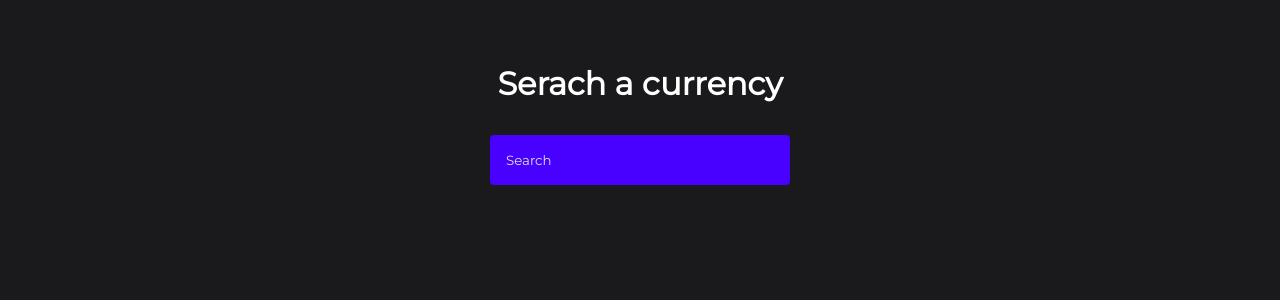
Repository: Malooyyy/crypto-tracker
Page: /
An editor plug-in stored every save of this project. The page is shown before and after the next save, followed by the edit.
The browser window is 1280 px wide. The pictures show the whole page.
The page's requests for data from a server got no answer. The project was rebuilt for these pictures with package versions that can differ from the ones it lists, and the page was loaded fresh each time. No one was signed in, and anything a server would have sent is missing. Also part of the build but not shown: src/Coin.css, src/Coin.js.

Above is the page before, as saved 2022-06-29 09:23:08.

After the next save:
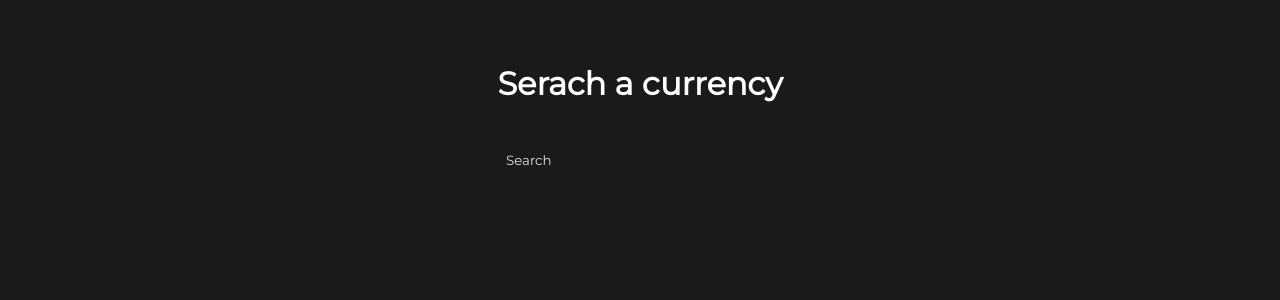
Saved 10 s later.
--- a/src/index.css
+++ b/src/index.css
@@ -36,8 +36,8 @@
   height: 50px;
   border-radius: 4px;
   border: none;
-  border-image: Linear-gradients(-225deg, #ac32e4 0%, #7918f2, #4801ff 100%);
-  background: #4801ff;
+  background: Linear-gradients(-225deg, #ac32e4 0%, #7918f2, #4801ff 100%);
+  /* background: #4801ff; */
   color: #e2e2e2;
 }
 

After the save that followed:
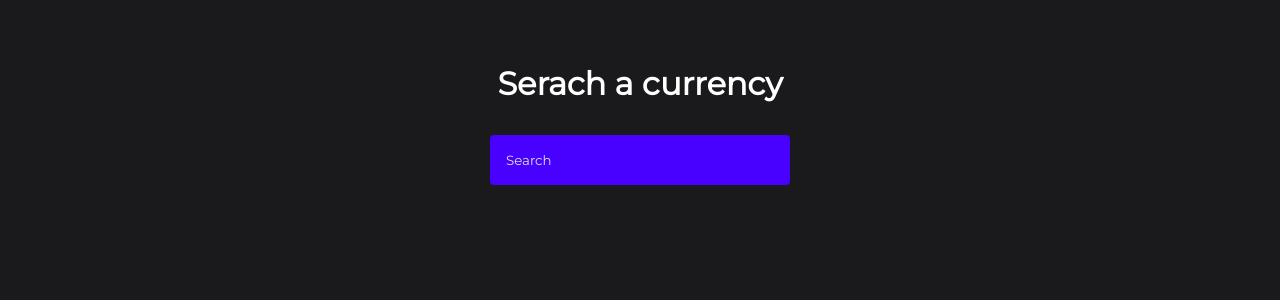
Saved 5 s later.
--- a/src/index.css
+++ b/src/index.css
@@ -37,7 +37,7 @@
   border-radius: 4px;
   border: none;
   background: Linear-gradients(-225deg, #ac32e4 0%, #7918f2, #4801ff 100%);
-  /* background: #4801ff; */
+  background: #4801ff;
   color: #e2e2e2;
 }
 
